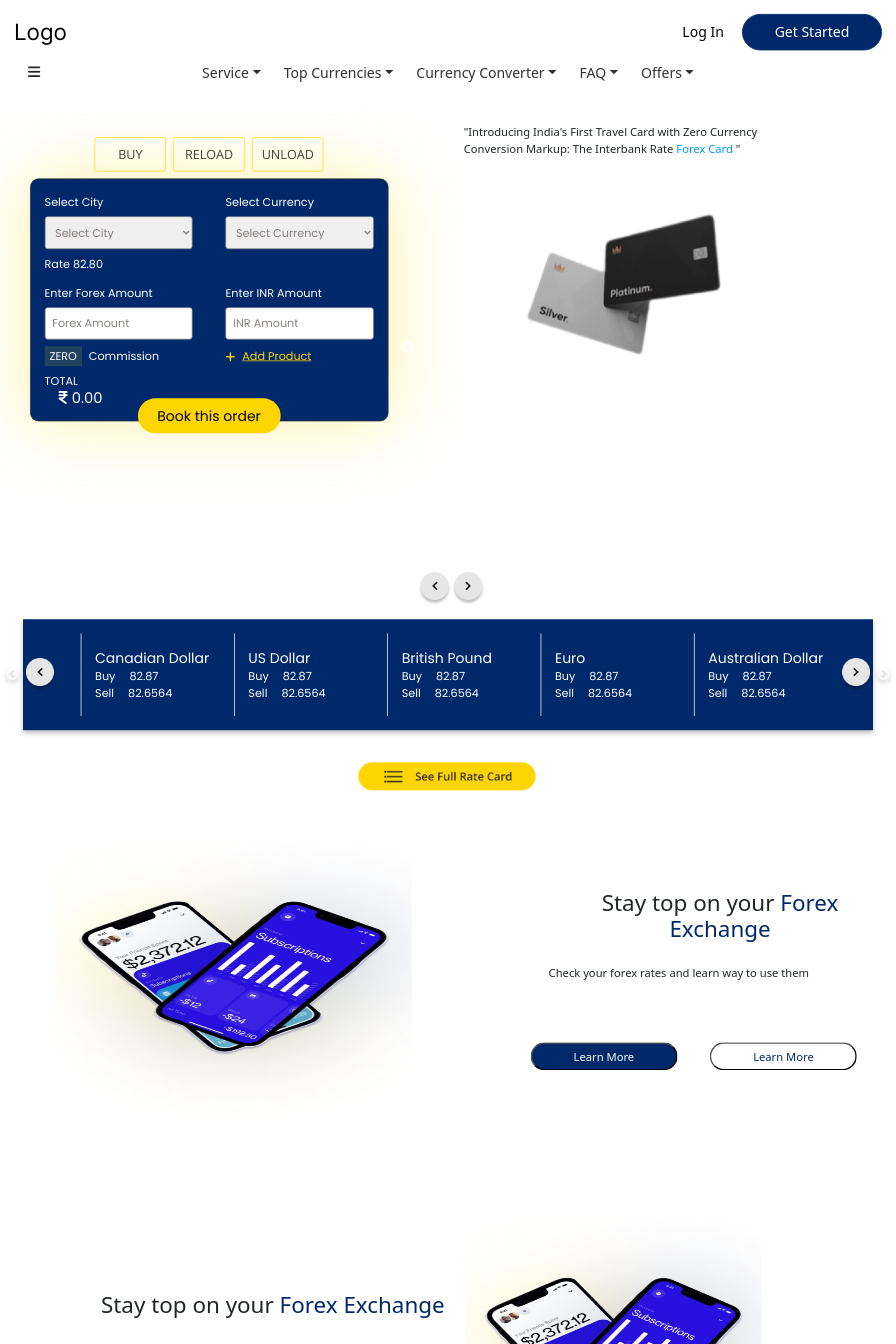
Repository: FlyweisReact/Akshadeep-latest
Page: /
The author's editor kept a copy of each file at every save. The page is drawn from the files as they stood at one save, then again after a run of saves.
The browser window is 1280 px wide. The pictures show the part of the page from y = 0 to 1920 px (the page is 4631 px tall before and 4487 px after), at 70% of full size.
Some web libraries are served in a nearby version. The project was rebuilt for these pictures with package versions that can differ from the ones it lists, and the page was loaded fresh each time. Also part of the build but not shown: src/components/exchange.jsx, src/components/order_p1.jsx, src/components/order_p2.jsx, src/components/faas.jsx, src/components/offer.jsx, src/components/main2.jsx, src/components/home.jsx, src/components/slider.jsx and 6 more.

Above is the page before, as saved 2023-05-23 15:33:16.

After the next 2 saves:
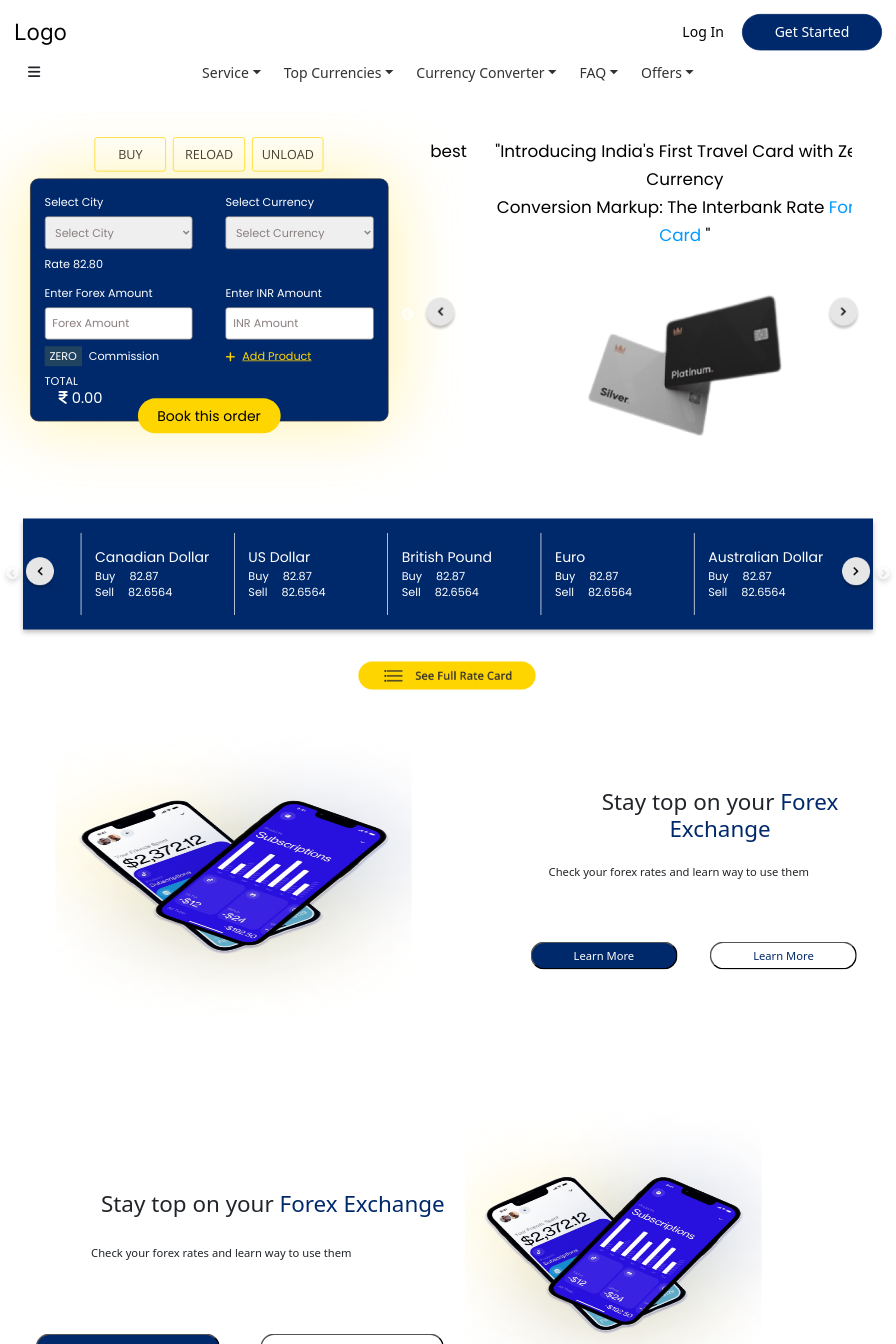
The 2 saves are shown as one change because they came seconds apart.
The last was saved 7 s later.
--- a/src/components/Component/Index/UpperSlider.js
+++ b/src/components/Component/Index/UpperSlider.js
@@ -32,8 +32,8 @@ const UpperSlider = () => {
 
   return (
     <>
-      <div className="slick-slider-Cont_upper">
-        <Slider {...settings} ref={sliderRef} className="Slick-Slider_upper">
+      <div className="slick-slider-Cont">
+        <Slider {...settings} ref={sliderRef} className="Slick-Slider">
           <div className="slider-container-div">
             <p>
               "Introducing India's First Travel Card with Zero Currency <br />{" "}
